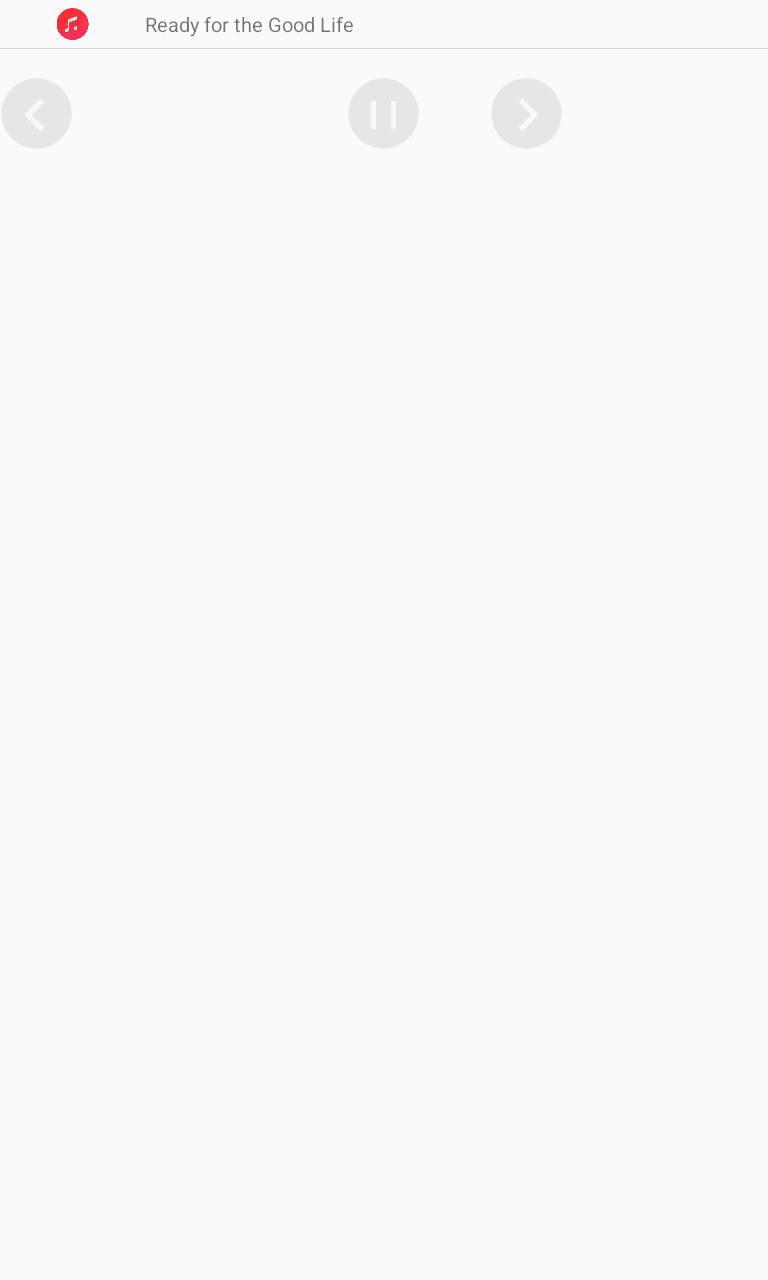
Repository: zhanjinwin/Projects
Layout: EclipseWorkspace/TestForceTouchPreviewWidget/res/layout/initial_widget_layout2.xml
The author's editor kept a copy of each file at every save. The layout is drawn from the files as they stood at one save, then again after the next save.
It is drawn on a 768 x 1280 px phone screen (xhdpi) without system bars, with theme AppTheme; the app's code is not run.

Above is the layout before, as saved 2016-12-16 03:18:01.

After the next save:
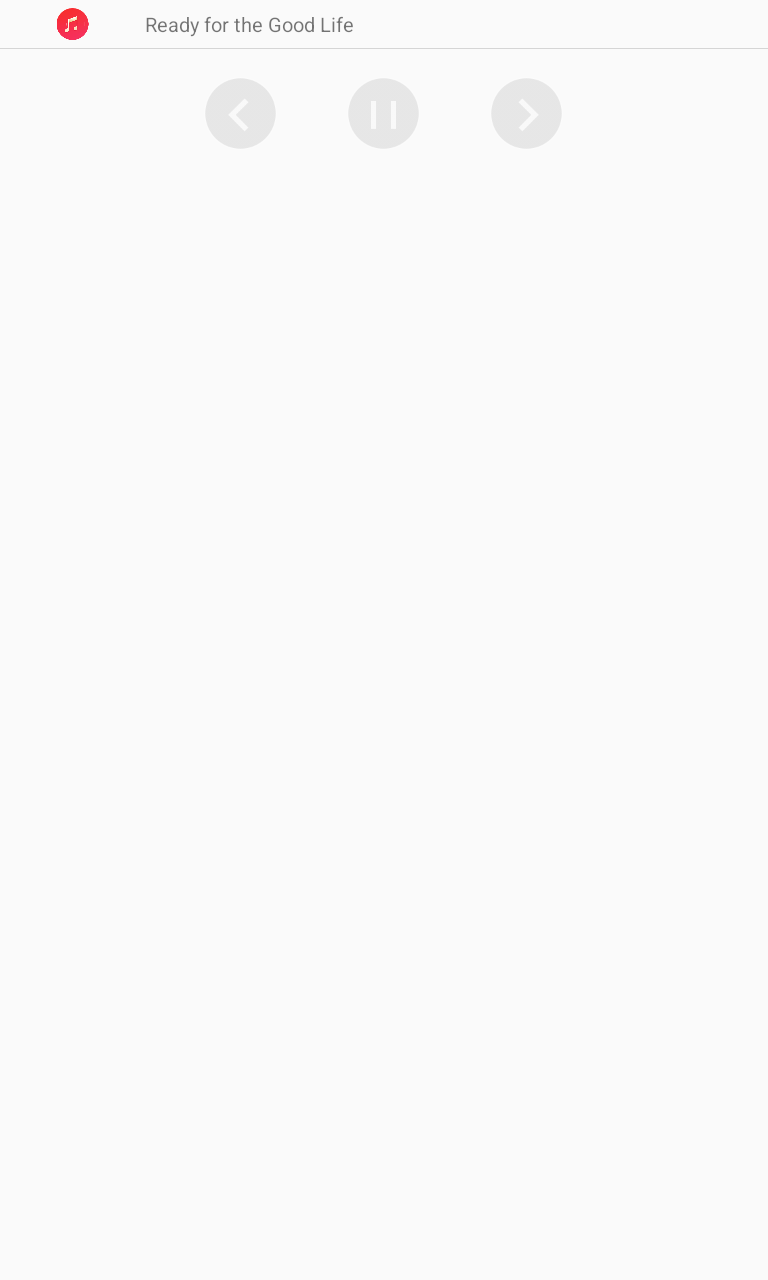
Saved 2 min 7 s later.
--- a/EclipseWorkspace/TestForceTouchPreviewWidget/res/layout/initial_widget_layout2.xml
+++ b/EclipseWorkspace/TestForceTouchPreviewWidget/res/layout/initial_widget_layout2.xml
@@ -45,6 +45,7 @@
             android:id="@+id/prev_icon"
             android:layout_width="wrap_content"
             android:layout_height="wrap_content"
+            android:layout_toLeftOf="@id/pause_icon"
             android:layout_marginRight="35dp"
             android:src="@drawable/widget_prev_normal"/>
         <ImageView
